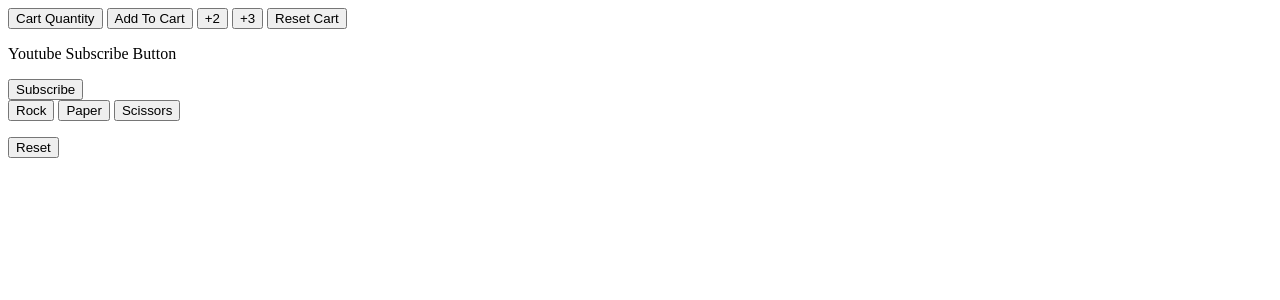
Repository: EguJaredoBoyd/Jared-Learning-Projects
Page: javascript-tutorial.html
These files come from the project's save history. The page is drawn as it stood at one moment and after the next save; the edit follows.
The browser window is 1280 px wide. The pictures show the whole page.

Above is the page before, as saved 2025-07-04 21:16:39.

After the next save:
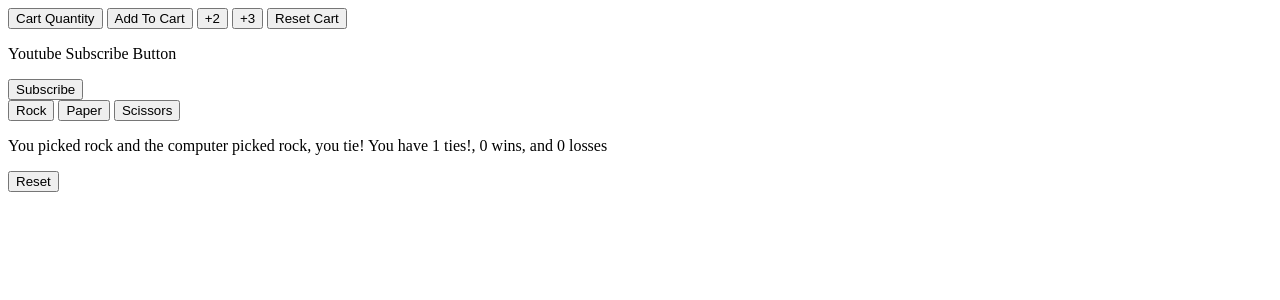
Saved 3 min 55 s later.
--- a/javacript-tutorial.js
+++ b/javacript-tutorial.js
@@ -248,7 +248,9 @@
 }
 
 function showMessage () {
-    if (onclick === selectRock()) {
+    if (selectRock()) {
         console.log(2)
     };
 }
+
+showMessage();

After the 3 saves that followed:
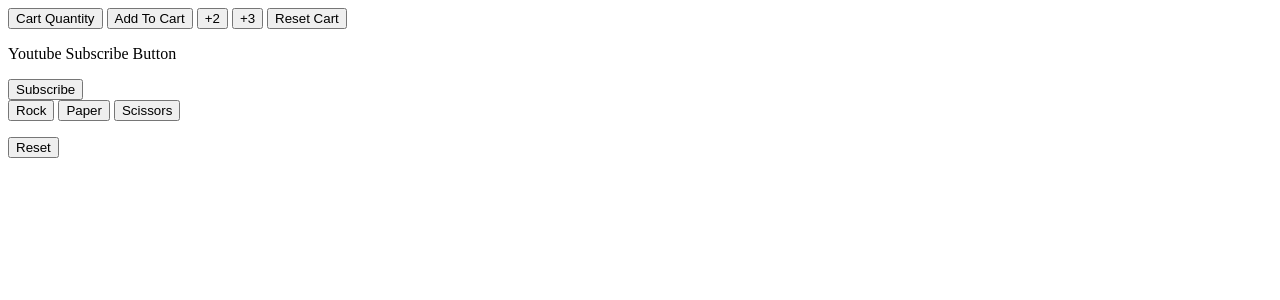
The 3 saves are shown as one change because 2 left the picture as it was.
The last was saved 10 min 53 s later.
--- a/javascript-tutorial.html
+++ b/javascript-tutorial.html
@@ -25,7 +25,7 @@
         </section>
 
         <section>
-            <button onclick="selectRock()">Rock</button>
+            <button onclick="selectRock()" class="rock">Rock</button>
             <button onclick="selectPaper()">Paper</button>
             <button onclick="selectScissors()">Scissors</button>
             <p class="win-paragraph"></p>
--- a/javacript-tutorial.js
+++ b/javacript-tutorial.js
@@ -248,8 +248,9 @@
 }
 
 function showMessage () {
-    if (selectRock()) {
-        console.log(2)
+    let showRock = document.querySelector('.rock').innerHTML;
+    if (showRock === 'Rock') {
+        console.log('hello')
     };
 }
 
